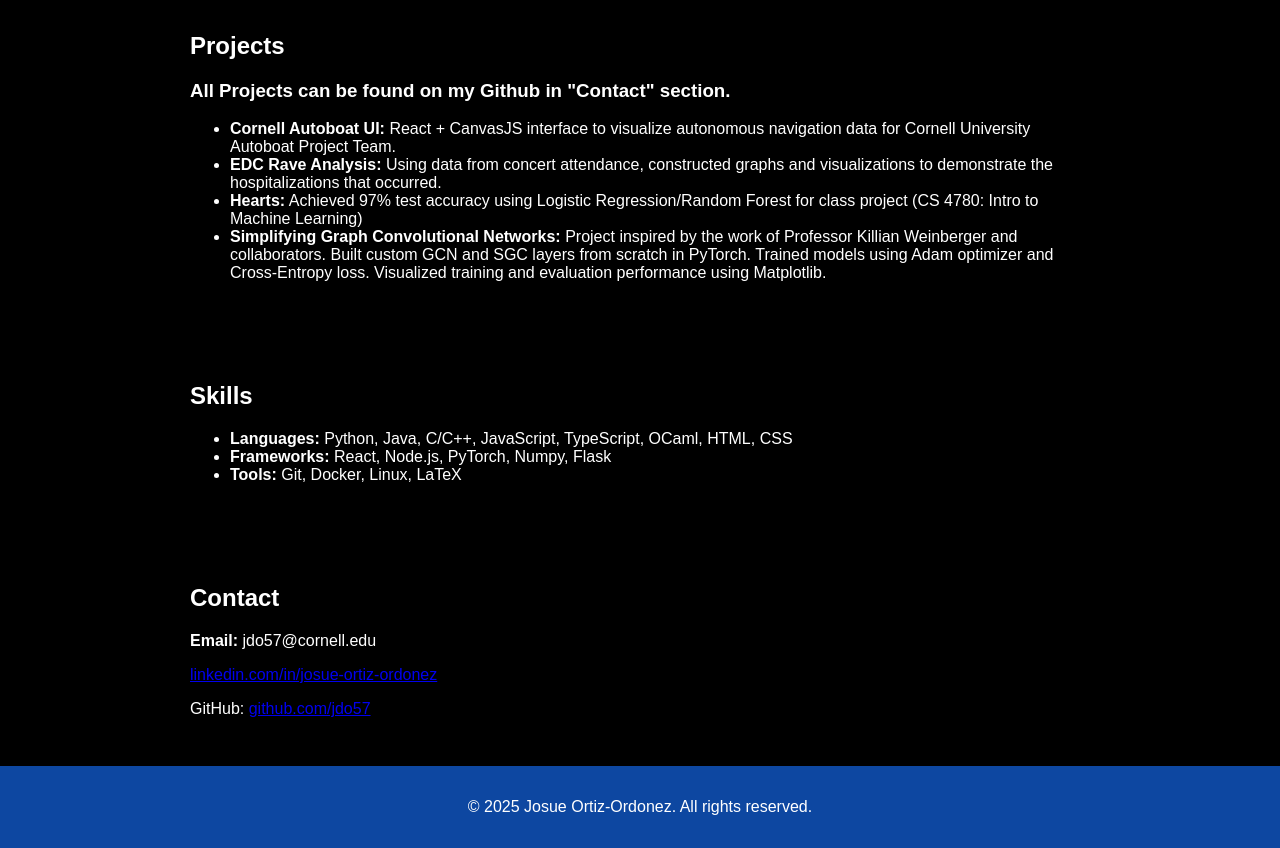
Repository: jdo57/Website
Page: index.html
An editor plug-in stored every save of this project. The page is shown before and after a run of saves, followed by the edit.
The browser window is 1280 px wide. The pictures show the part of the page from y = 1281 to 2129 px (the page is 2129 px tall).
A picture or video elsewhere on the page could not be fetched, so the positions and the page height are approximate.

Above is the page before, as saved 2025-05-26 21:43:04.

After the next 3 saves:
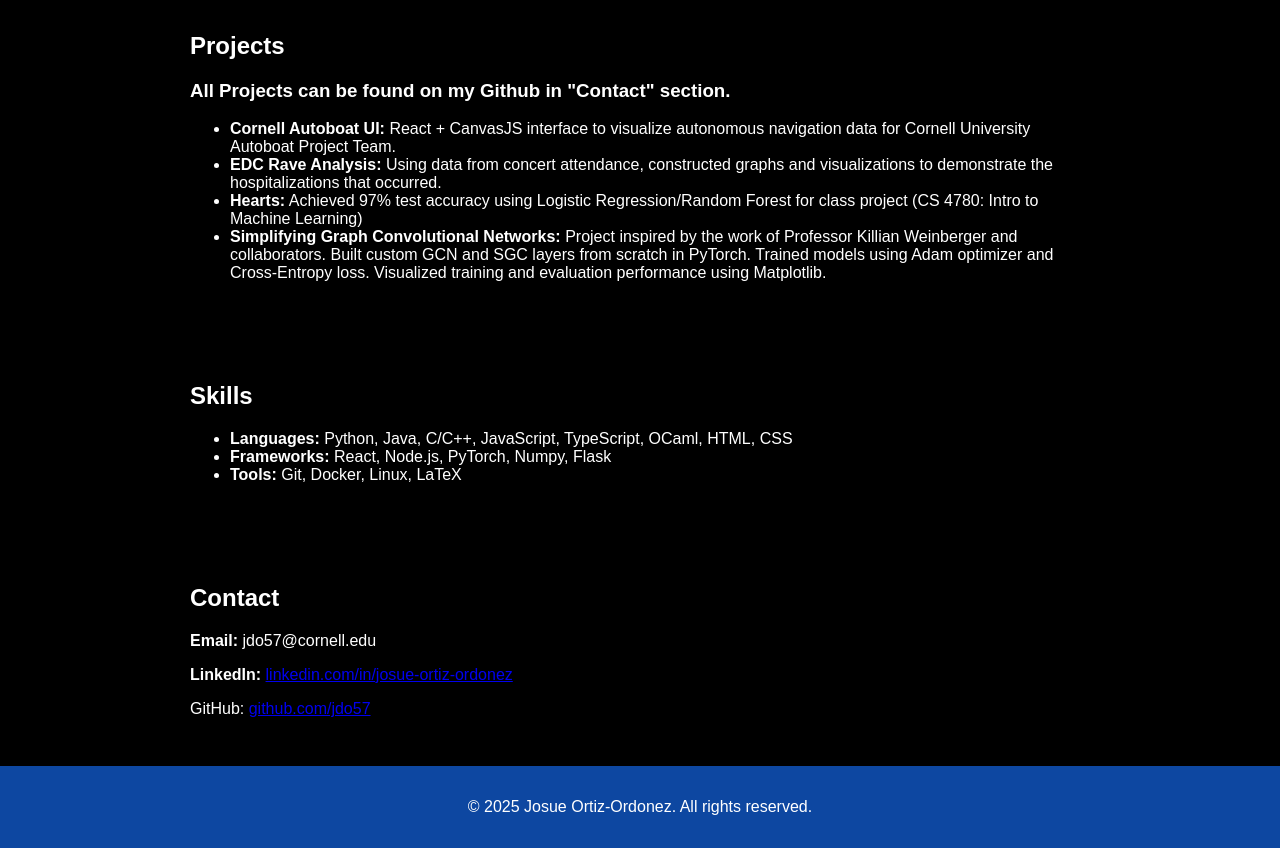
The 3 saves are shown as one change because they came seconds apart.
The last was saved 8 s later.
--- a/index.html
+++ b/index.html
@@ -135,7 +135,7 @@
   <section id="contact">
     <h2>Contact</h2>
     <p><strong> Email:</strong> jdo57@cornell.edu</p>
-    <p><strong> </strong> <a href="https://www.linkedin.com/in/josue-ortiz-ordonez/" target="_blank">linkedin.com/in/josue-ortiz-ordonez</a></p>
+    <p><strong> LinkedIn:</strong> <a href="https://www.linkedin.com/in/josue-ortiz-ordonez/" target="_blank">linkedin.com/in/josue-ortiz-ordonez</a></p>
     <p>GitHub: <a href="https://github.com/jdo57" target="_blank">github.com/jdo57</a></p>
   </section>
 
